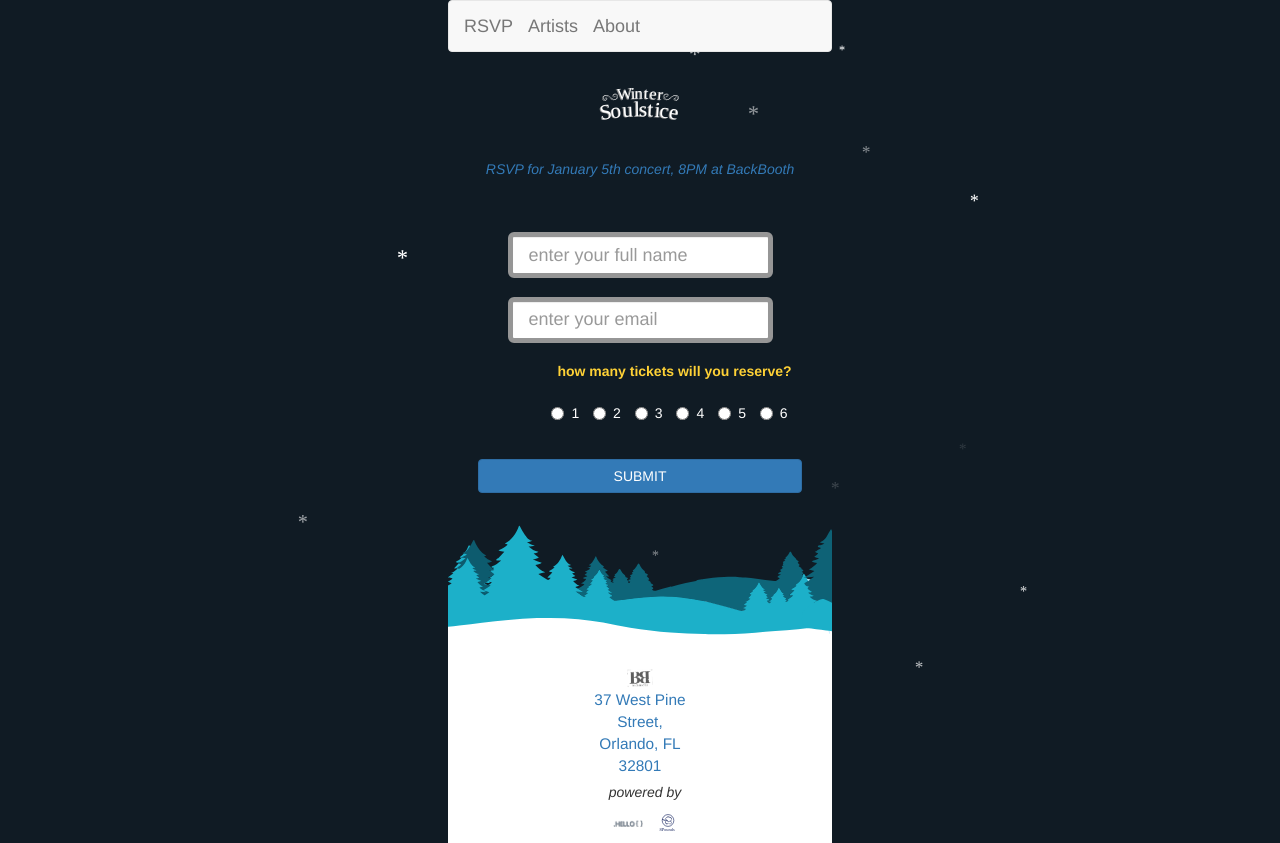
Repository: ptlergo/winter-soulstice
Page: http://localhost/
The author's editor kept a record of every edit. The page is drawn from the files as they stood at one moment, then again after the next edit.
The browser window is 1280 px wide. The pictures show the whole page.
Some web libraries are served in a nearby version. The page is run by PHP 8.4 with error messages shown; the project is at /var/www/html/.

Above is the page before.

### index.php
<!---
	Editor: Patrick Tunga-Lergo
	App Powered by: .Hello{}
	Wintersoulstice
-->

<!DOCTYPE html>
<html lang="en">
	<head>
	  <title>Winter Soulstice Tickets</title>
	  <?php include 'head.php'; ?>
	</head>
	<body>

	  <div id="snowflakeContainer">

			<?php include 'navbar.php'; ?>

			<div class="container-fluid formbox">

   				 <p class="snowflake">*</p>

				<header class="col-xs-8 col-xs-offset-2 col-sm-4 col-sm-offset-4"><img src="../images/w-title.svg" alt="title"></img></header>
				<p class="col-xs-12" style="text-align: center; margin-bottom: 15%; color: #ffffff; font-style: italic;">
					<a href="https://www.facebook.com/events/999514656756811/">RSVP for January 5th concert, 8PM at BackBooth</a>
				</p>

				<form role="form" class="form-horizontal" action="connect.php" enctype="multipart/form-data" method="POST">
						<div class="col-xs-10 col-xs-offset-1 ">
							<input class="form-control input-lg" type="text" name="name" placeholder="enter your full name" required />
						</div>

						<div class="col-xs-10 col-xs-offset-1">
							<input class="form-control input-lg" type="email" name="email" placeholder="enter your email" required/>
						</div>

						<!--<div class="col-xs-10 col-xs-offset-1">-->
						<!--	<input class="form-control input-lg" type="phone" name="phone" placeholder="10 digit phone number"/>-->
						<!--</div>-->

						<div class="col-xs-10 col-xs-offset-1 col-md-12 tickets-select" style="text-align: center">
							<label for="tickets"><p style="color: #fed136" >how many tickets will you reserve?</p></label>

							<div class="clearfix"></div>

							<label class="radio-inline"><input type="radio" name="tickets" value="1" required>1</label>
							<label class="radio-inline"><input type="radio" name="tickets" value="2">2</label>
							<label class="radio-inline"><input type="radio" name="tickets" value="3">3</label>
							<label class="radio-inline"><input type="radio" name="tickets" value="4">4</label>
							<label class="radio-inline"><input type="radio" name="tickets" value="5">5</label>
							<label class="radio-inline"><input type="radio" name="tickets" value="6">6</label>

						</div>

						<div class="col-xs-12 col-sm-12 submit">
							<input id="submit" name="submit" type="submit" value="SUBMIT" class="btn btn-primary col-xs-12" />
						</div>
				</form>
			</div>

			<?php include 'footer.php'; ?>

		</div>
	  </div>
		<script src="/js/fallingsnow_v6.js"></script>
	</body>
</html>

### head.php
	  <meta charset="utf-8"/>
	  <meta name="title" content="Winter Soulstice Concert Exclusive RSVPs"/>
	  <meta name="description" content="App. for limited VIP tickets reservations for Winter Soulstice concert at BackBooth."/>
	  <meta/>
	  <meta/>
	  <meta name="viewport" content="width=device-width, initial-scale=1"/>
	  <link rel="image_src" href="../images/ws-favicon.png" />
	  <link rel="stylesheet" href="https://maxcdn.bootstrapcdn.com/bootstrap/3.3.6/css/bootstrap.min.css"/>
	  <link rel="stylesheet" type="text/css" href="../public/css/main.css"/>
	  <script src="https://ajax.googleapis.com/ajax/libs/jquery/1.11.3/jquery.min.js"></script>
	  <script src="http://maxcdn.bootstrapcdn.com/bootstrap/3.3.5/js/bootstrap.min.js"></script>

### navbar.php
		<nav class="navbar navbar-default">
		  <div class="container-fluid">
		    <div class="navbar-header" >
		      <a class="navbar-brand" href="index.php">RSVP</a>
		      <a class="navbar-brand" href="artistspage.php">Artists</a>
		      <a class="navbar-brand" href="about.php">About</a>
		    </div>
		  </div>
		</nav>

### footer.php
			<div class="footer">
				<div class="col-xs-12 col-sm-6 col-sm-offset-3 f-content">

					<div class="col-xs-10 col-xs-offset-1" style="text-align: center; font-size: 1.1em;">
						<a href="http://backbooth.com/about.php"><img src="images/bbooth.png" alt="bbooth-logo"></img></a>
						<br>
						<a href="https://www.google.com/maps/place/37+W+Pine+St,+Orlando,+FL+32801/@28.5412822,-81.3831335,17z/data=!3m1!4b1!4m2!3m1!1s0x88e77affb29cf695:0x3f4b8030377cb104?hl=en">
							            37 West Pine Street, Orlando, FL 32801</a>
					</div>

					<div class="col-xs-12" style="text-align: center; margin-top: 3%; margin-bottom:0; padding-bottom:0; ">
						<p style="font-style: italic">powered by<p>
						<a href="#"><img src="images/hello-logo.png" alt="hello-logo"></img></a>&nbsp;&nbsp;&nbsp;
						<a href="https://www.instagram.com/eightpounds/"><img src="images/8lb-avatar.svg" alt="hello-logo" width="15%"></img></a>
					</div>
				</div>
			</div>

### public/css/main.css
/*	Editor: Patrick Tunga-Lergo
	A .Hello{} Website
	Wintersoulstice
*/

/*.modal-dialog {*/
/*    width: 400px;*/
/*}*/

.form-horizontal
{
    margin-top: 1%;
}

.input-md, .input-lg
{
    margin-bottom: 7%;
    border: solid 5px #969696;

}

h1, h2{color: #ffffff;}

i
{
    color: #fed136;
}

h4
{
    margin-top: 10%;
    margin-bottom: 10%;
}

.tickets-select
{
    margin-bottom:10%;
    size: 30%;
    color: white;
}

p
{
    padding-left: 10px;
}

body
{
    background: #101b24;

}
img[alt="title"]
{
    width: 100%;
    margin-top:15%;
    margin-bottom:0%;
}

img[alt="bbooth-logo"]
{
    max-width: 25%;
}

img[alt="hello-logo"]
{
    max-width: 25%;
    margin-top:0%;
    padding-top: 0%;
}

img[alt="8lb-logo"]
{
    max-width: 25%;
    width: 10%;
    margin-top:0%;
    padding-top: 0%;
}

header
{
    margin-bottom:10%;
}

.footer
{
    background: url('/images/winter-footer.svg');
    background-size: 100%;
    position:relative;
    height: 350px;
    background-repeat:no-repeat;
}

.f-content
{
    position: absolute;
    bottom:0px;

}

/*SNOW ANIMATION*/
#snowflakeContainer {
    position: absolute;
    left: 0px;
    top: 0px;

}
@media screen and (min-width: 768px) {
  /*DESKTOP CENTERED*/
  #snowflakeContainer {
      position: absolute;
      margin: 0 auto;
      left: 15%;
      top: 0px;
      width: 30%;
      right: 15%;
  }
}
.snowflake {
    padding-left: 15px;
    font-family: Cambria, Georgia, serif;
    font-size: 4px;
    line-height: 24px;
    position: fixed;
    color: #FFFFFF;
    user-select: none;
    z-index: -1000;
}
.snowflake:hover {
    cursor: default;
}

### images/8lb-avatar.svg
<?xml version="1.0" encoding="utf-8"?>
<!-- Generator: Adobe Illustrator 21.0.0, SVG Export Plug-In . SVG Version: 6.00 Build 0)  -->
<svg version="1.1" xmlns="http://www.w3.org/2000/svg" xmlns:xlink="http://www.w3.org/1999/xlink" x="0px" y="0px"
	 viewBox="0 0 192.1 198.9" style="enable-background:new 0 0 192.1 198.9;" xml:space="preserve">
<style type="text/css">
	.st0{enable-background:new    ;}
	.st1{fill:#FFFFFF;}
	.st2{fill:none;stroke:#FFFFFF;stroke-width:6.7432;stroke-miterlimit:10;}
	.st3{fill:#494949;stroke:#FFFFFF;stroke-width:0.5619;stroke-miterlimit:10;}
	.st4{fill:#1C2A63;}
	.st5{fill:none;stroke:#1C2A63;stroke-width:6.7432;stroke-miterlimit:10;}
	.st6{font-family:'Futura-Medium';}
	.st7{font-size:47.9859px;}
</style>
<g id="Layer_1">
	<g>
		<text transform="matrix(1 0 0 1 598.778 -143.1251)" class="st1 st6 st7">8Pounds</text>
		<g>
			<circle class="st2" cx="510.3" cy="-155.3" r="62"/>
			<path class="st3" d="M515.1-143.1c0.1-0.1,0.2-0.2,0.2-0.3c-0.3-1.5-0.8-2.9-1.6-4.3l-0.7-0.5C514-146.7,514.7-145,515.1-143.1z"
				/>
			<g>
				<path class="st1" d="M496.8-154c-10.3,1.5-17.5,11.1-16,21.4c1.5,10.3,11.1,17.5,21.4,16c6-0.9,11-4.5,13.8-9.4
					c2.6,6.9,10.3,11.3,18.6,10.1c9.5-1.4,16.1-9.4,14.9-18c-1.2-8.6-9.9-14.4-19.4-13.1c-5,0.7-9.3,3.4-12,7
					c0.2,0.8,0.2,1.6,0.2,2.5c0.6-1,1.5-1.9,2.3-2.8c1.9-1.7,4.2-2.6,6.6-3.3c2.6-0.7,5.3-0.7,7.9,0.1c0.7,0.2,1.4,0.3,2.1,0.5
					c2.1,1.1,4.1,2.2,5.5,4.1c2.8,3.8,3.3,7.8,1.1,12.1c-0.8,1.5-1.8,2.7-3.2,3.7c-1.7,1.3-3.6,2.3-5.7,2.8
					c-3.3,0.7-6.5,0.8-9.7-0.4c-1.6-0.6-3.2-1.1-4.4-2.2c-0.4-0.4-0.9-0.8-1.2-1.2c-0.2-0.3-0.4-0.6-0.7-0.9
					c-0.9-1.2-1.5-2.4-1.9-3.6c-0.2-0.8-0.4-1.5-0.5-2.3c-0.4,0.8-0.9,1.6-1.5,2.3c-0.5,0.7-1.2,1.3-1.9,1.8
					c-1.9,1.5-3.9,2.7-6.3,3.2c-3.6,0.8-7.2,0.9-10.7-0.6c-1.7-0.7-3.5-1.3-5-2.7c-0.5-0.5-1-0.9-1.4-1.5c-0.2-0.4-0.5-0.8-0.8-1.1
					c-3.2-4.7-3.6-9.7-1.1-14.8c0.7-1.4,1.8-2.5,2.7-3.6c2.1-2,4.6-3.1,7.3-3.8c2.8-0.7,5.5-0.7,8.3,0.1"/>
				<path class="st1" d="M448.2-169.7c0,0,26.4,8.1,27.3,8c0,0,1.7,0.5,3.3-4.3c0,0,13.4-46.1,58.6-23.9c0,0,28.2,15.2,11.1,42.2
					c0,0,7.7-12.5-2.4-26.9c0,0-19-25.2-46.9-11.7c0,0-12.7,6.1-18.8,26.4c0,0-1,2.1,0.5,2.6c0,0,37,9.9,56,10.3
					c0,0-4.4,1.4-20.3-0.8c0,0-45.8-6.1-64-13.6C452.7-161.6,446.3-163.3,448.2-169.7z"/>
				<path class="st1" d="M488.2-161.5c0,0,20.7,16.8,26.5,20.6l1.6-3.6c0,0-21.7-18.5-24.7-23.2L488.2-161.5z"/>
				<path class="st1" d="M517-149.1l0.2,2.8c0,0,29-3.8,31.6-4.1l-4.1-5.5C544.6-155.9,521.5-149.7,517-149.1z"/>
			</g>
			<path class="st3" d="M499.5-131"/>
		</g>
	</g>
	<g>
		<text transform="matrix(1 0 0 1 599.2612 101.5988)" class="st4 st6 st7">8Pounds</text>
		<g>
			<circle class="st5" cx="510.8" cy="89.4" r="62"/>
			<path class="st3" d="M515.6,101.6c0.1-0.1,0.2-0.2,0.2-0.3c-0.3-1.5-0.8-2.9-1.6-4.3l-0.7-0.5C514.5,98,515.2,99.8,515.6,101.6z"
				/>
			<g>
				<path class="st4" d="M497.3,90.7c-10.3,1.5-17.5,11.1-16,21.4c1.5,10.3,11.1,17.5,21.4,16c6-0.9,11-4.5,13.8-9.4
					c2.6,6.9,10.3,11.3,18.6,10.1c9.5-1.4,16.1-9.4,14.9-18c-1.2-8.6-9.9-14.4-19.4-13.1c-5,0.7-9.3,3.4-12,7
					c0.2,0.8,0.2,1.6,0.2,2.5c0.6-1,1.5-1.9,2.3-2.8c1.9-1.7,4.2-2.6,6.6-3.3c2.6-0.7,5.3-0.7,7.9,0.1c0.7,0.2,1.4,0.3,2.1,0.5
					c2.1,1.1,4.1,2.2,5.5,4.1c2.8,3.8,3.3,7.8,1.1,12.1c-0.8,1.5-1.8,2.7-3.2,3.7c-1.7,1.3-3.6,2.3-5.7,2.8
					c-3.3,0.7-6.5,0.8-9.7-0.4c-1.6-0.6-3.2-1.1-4.4-2.2c-0.4-0.4-0.9-0.8-1.2-1.2c-0.2-0.3-0.4-0.6-0.7-0.9
					c-0.9-1.2-1.5-2.4-1.9-3.6c-0.2-0.8-0.4-1.5-0.5-2.3c-0.4,0.8-0.9,1.6-1.5,2.3c-0.5,0.7-1.2,1.3-1.9,1.8
					c-1.9,1.5-3.9,2.7-6.3,3.2c-3.6,0.8-7.2,0.9-10.7-0.6c-1.7-0.7-3.5-1.3-5-2.7c-0.5-0.5-1-0.9-1.4-1.5c-0.2-0.4-0.5-0.8-0.8-1.1
					c-3.2-4.7-3.6-9.7-1.1-14.8c0.7-1.4,1.8-2.5,2.7-3.6c2.1-2,4.6-3.1,7.3-3.8c2.8-0.7,5.5-0.7,8.3,0.1"/>
				<path class="st4" d="M448.7,75c0,0,26.4,8.1,27.3,8c0,0,1.7,0.5,3.3-4.3c0,0,13.4-46.1,58.6-23.9c0,0,28.2,15.2,11.1,42.2
					c0,0,7.7-12.5-2.4-26.9c0,0-19-25.2-46.9-11.7c0,0-12.7,6.1-18.8,26.4c0,0-1,2.1,0.5,2.6c0,0,37,9.9,56,10.3
					c0,0-4.4,1.4-20.3-0.8c0,0-45.8-6.1-64-13.6C453.2,83.2,446.7,81.4,448.7,75z"/>
				<path class="st4" d="M488.7,83.2c0,0,20.7,16.8,26.5,20.6l1.6-3.6c0,0-21.7-18.5-24.7-23.2L488.7,83.2z"/>
				<path class="st4" d="M517.5,95.6l0.2,2.8c0,0,29-3.8,31.6-4.1l-4.1-5.5C545.1,88.9,522,95,517.5,95.6z"/>
			</g>
			<path class="st3" d="M500,113.7"/>
		</g>
	</g>
	<g>
		<text transform="matrix(1 0 0 1 4.2205 179.0522)" class="st4 st6 st7">8Pounds</text>
		<g>
			<circle class="st5" cx="96.3" cy="67.9" r="62"/>
			<path class="st3" d="M101.1,80.1c0.1-0.1,0.2-0.2,0.2-0.3c-0.3-1.5-0.8-2.9-1.6-4.3L99.1,75C100,76.5,100.7,78.3,101.1,80.1z"/>
			<g>
				<path class="st4" d="M82.9,69.2c-10.3,1.5-17.5,11.1-16,21.4c1.5,10.3,11.1,17.5,21.4,16c6-0.9,11-4.5,13.8-9.4
					c2.6,6.9,10.3,11.3,18.6,10.1c9.5-1.4,16.1-9.4,14.9-18c-1.2-8.6-9.9-14.4-19.4-13.1c-5,0.7-9.3,3.4-12,7
					c0.2,0.8,0.2,1.6,0.2,2.5c0.6-1,1.5-1.9,2.3-2.8c1.9-1.7,4.2-2.6,6.6-3.3c2.6-0.7,5.3-0.7,7.9,0.1c0.7,0.2,1.4,0.3,2.1,0.5
					c2.1,1.1,4.1,2.2,5.5,4.1c2.8,3.8,3.3,7.8,1.1,12.1c-0.8,1.5-1.8,2.7-3.2,3.7c-1.7,1.3-3.6,2.3-5.7,2.8
					c-3.3,0.7-6.5,0.8-9.7-0.4c-1.6-0.6-3.2-1.1-4.4-2.2c-0.4-0.4-0.9-0.8-1.2-1.2c-0.2-0.3-0.4-0.6-0.7-0.9
					c-0.9-1.2-1.5-2.4-1.9-3.6c-0.2-0.8-0.4-1.5-0.5-2.3c-0.4,0.8-0.9,1.6-1.5,2.3c-0.5,0.7-1.2,1.3-1.9,1.8
					c-1.9,1.5-3.9,2.7-6.3,3.2c-3.6,0.8-7.2,0.9-10.7-0.6c-1.7-0.7-3.5-1.3-5-2.7c-0.5-0.5-1-0.9-1.4-1.5c-0.2-0.4-0.5-0.8-0.8-1.1
					c-3.2-4.7-3.6-9.7-1.1-14.8c0.7-1.4,1.8-2.5,2.7-3.6c2.1-2,4.6-3.1,7.3-3.8c2.8-0.7,5.5-0.7,8.3,0.1"/>
				<path class="st4" d="M34.2,53.5c0,0,26.4,8.1,27.3,8c0,0,1.7,0.5,3.3-4.3c0,0,13.4-46.1,58.6-23.9c0,0,28.2,15.2,11.1,42.2
					c0,0,7.7-12.5-2.4-26.9c0,0-19-25.2-46.9-11.7c0,0-12.7,6.1-18.8,26.4c0,0-1,2.1,0.5,2.6c0,0,37,9.9,56,10.3
					c0,0-4.4,1.4-20.3-0.8c0,0-45.8-6.1-64-13.6C38.7,61.7,32.3,59.9,34.2,53.5z"/>
				<path class="st4" d="M74.2,61.7c0,0,20.7,16.8,26.5,20.6l1.6-3.6c0,0-21.7-18.5-24.7-23.2L74.2,61.7z"/>
				<path class="st4" d="M103,74.1l0.2,2.8c0,0,29-3.8,31.6-4.1l-4.1-5.5C130.7,67.4,107.5,73.5,103,74.1z"/>
			</g>
			<path class="st3" d="M85.6,92.2"/>
		</g>
	</g>
	<g>
		<text transform="matrix(1 0 0 1 4.2207 -86.9571)" class="st1 st6 st7">8Pounds</text>
		<g>
			<circle class="st2" cx="96.3" cy="-198.1" r="62"/>
			<path class="st3" d="M101.1-185.9c0.1-0.1,0.2-0.2,0.2-0.3c-0.3-1.5-0.8-2.9-1.6-4.3l-0.7-0.5C100-189.5,100.7-187.7,101.1-185.9
				z"/>
			<g>
				<path class="st1" d="M82.9-196.8c-10.3,1.5-17.5,11.1-16,21.4c1.5,10.3,11.1,17.5,21.4,16c6-0.9,11-4.5,13.8-9.4
					c2.6,6.9,10.3,11.3,18.6,10.1c9.5-1.4,16.1-9.4,14.9-18c-1.2-8.6-9.9-14.4-19.4-13.1c-5,0.7-9.3,3.4-12,7
					c0.2,0.8,0.2,1.6,0.2,2.5c0.6-1,1.5-1.9,2.3-2.8c1.9-1.7,4.2-2.6,6.6-3.3c2.6-0.7,5.3-0.7,7.9,0.1c0.7,0.2,1.4,0.3,2.1,0.5
					c2.1,1.1,4.1,2.2,5.5,4.1c2.8,3.8,3.3,7.8,1.1,12.1c-0.8,1.5-1.8,2.7-3.2,3.7c-1.7,1.3-3.6,2.3-5.7,2.8
					c-3.3,0.7-6.5,0.8-9.7-0.4c-1.6-0.6-3.2-1.1-4.4-2.2c-0.4-0.4-0.9-0.8-1.2-1.2c-0.2-0.3-0.4-0.6-0.7-0.9
					c-0.9-1.2-1.5-2.4-1.9-3.6c-0.2-0.8-0.4-1.5-0.5-2.3c-0.4,0.8-0.9,1.6-1.5,2.3c-0.5,0.7-1.2,1.3-1.9,1.8
					c-1.9,1.5-3.9,2.7-6.3,3.2c-3.6,0.8-7.2,0.9-10.7-0.6c-1.7-0.7-3.5-1.3-5-2.7c-0.5-0.5-1-0.9-1.4-1.5c-0.2-0.4-0.5-0.8-0.8-1.1
					c-3.2-4.7-3.6-9.7-1.1-14.8c0.7-1.4,1.8-2.5,2.7-3.6c2.1-2,4.6-3.1,7.3-3.8c2.8-0.7,5.5-0.7,8.3,0.1"/>
				<path class="st1" d="M34.2-212.5c0,0,26.4,8.1,27.3,8c0,0,1.7,0.5,3.3-4.3c0,0,13.4-46.1,58.6-23.9c0,0,28.2,15.2,11.1,42.2
					c0,0,7.7-12.5-2.4-26.9c0,0-19-25.2-46.9-11.7c0,0-12.7,6.1-18.8,26.4c0,0-1,2.1,0.5,2.6c0,0,37,9.9,56,10.3
					c0,0-4.4,1.4-20.3-0.8c0,0-45.8-6.1-64-13.6C38.7-204.3,32.3-206.1,34.2-212.5z"/>
				<path class="st1" d="M74.2-204.3c0,0,20.7,16.8,26.5,20.6l1.6-3.6c0,0-21.7-18.5-24.7-23.2L74.2-204.3z"/>
				<path class="st1" d="M103-191.9l0.2,2.8c0,0,29-3.8,31.6-4.1l-4.1-5.5C130.7-198.6,107.5-192.5,103-191.9z"/>
			</g>
			<path class="st3" d="M85.6-173.8"/>
		</g>
	</g>
</g>
<g id="Layer_2">
</g>
</svg>

### js/fallingsnow_v6.js
// The star of every good animation
var requestAnimationFrame = window.requestAnimationFrame ||
                            window.mozRequestAnimationFrame ||
                            window.webkitRequestAnimationFrame ||
                            window.msRequestAnimationFrame;

var transforms = ["transform",
                  "msTransform",
                  "webkitTransform",
                  "mozTransform",
                  "oTransform"];

var transformProperty = getSupportedPropertyName(transforms);

// Array to store our Snowflake objects
var snowflakes = [];

// Global variables to store our browser's window size
var browserWidth;
var browserHeight;

// Specify the number of snowflakes you want visible
var numberOfSnowflakes = 20;

// Flag to reset the position of the snowflakes
var resetPosition = false;

//
// It all starts here...
//
function setup() {
	window.addEventListener("DOMContentLoaded", generateSnowflakes, false);
	window.addEventListener("resize", setResetFlag, false);
}
setup();

//
// Vendor prefix management
//
function getSupportedPropertyName(properties) {
    for (var i = 0; i < properties.length; i++) {
        if (typeof document.body.style[properties[i]] != "undefined") {
            return properties[i];
        }
    }
    return null;
}

//
// Constructor for our Snowflake object
//
function Snowflake(element, radius, speed, xPos, yPos) {

	// set initial snowflake properties
    this.element = element;
    this.radius = radius;
    this.speed = speed;
    this.xPos = xPos;
    this.yPos = yPos;

	// declare variables used for snowflake's motion
    this.counter = 0;
    this.sign = Math.random() < 0.5 ? 1 : -1;

	// setting an initial opacity and size for our snowflake
    this.element.style.opacity = .1 + Math.random();
    this.element.style.fontSize = 12 + Math.random() * 12 + "px";
}

//
// The function responsible for actually moving our snowflake
//
Snowflake.prototype.update = function () {

	// using some trigonometry to determine our x and y position
    this.counter += this.speed / 15000;
    this.xPos += this.sign * this.speed * Math.cos(this.counter) / 40;
    this.yPos += Math.sin(this.counter) / 40 + this.speed / 30;

	// setting our snowflake's position
    setTranslate3DTransform(this.element, Math.round(this.xPos), Math.round(this.yPos));

    // if snowflake goes below the browser window, move it back to the top
    if (this.yPos > browserHeight) {
    	this.yPos = -50;
    }
}

//
// A performant way to set your snowflake's position
//
function setTranslate3DTransform(element, xPosition, yPosition) {
	var val = "translate3d(" + xPosition + "px, " + yPosition + "px" + ", 0)";
    element.style[transformProperty] = val;
}

//
// The function responsible for creating the snowflake
//
function generateSnowflakes() {

	// get our snowflake element from the DOM and store it
    var originalSnowflake = document.querySelector(".snowflake");

    // access our snowflake element's parent container
    var snowflakeContainer = originalSnowflake.parentNode;

    // get our browser's size
	browserWidth = document.documentElement.clientWidth;
    browserHeight = document.documentElement.clientHeight;

    // create each individual snowflake
    for (var i = 0; i < numberOfSnowflakes; i++) {

    	// clone our original snowflake and add it to snowflakeContainer
        var snowflakeCopy = originalSnowflake.cloneNode(true);
        snowflakeContainer.appendChild(snowflakeCopy);

		// set our snowflake's initial position and related properties
        var initialXPos = getPosition(50, browserWidth);
        var initialYPos = getPosition(50, browserHeight);
        var speed = 5+Math.random()*40;
        var radius = 4+Math.random()*10;

        // create our Snowflake object
        var snowflakeObject = new Snowflake(snowflakeCopy,
        									radius,
        									speed,
        									initialXPos,
        									initialYPos);
        snowflakes.push(snowflakeObject);
    }

    // remove the original snowflake because we no longer need it visible
	snowflakeContainer.removeChild(originalSnowflake);

	// call the moveSnowflakes function every 30 milliseconds
    moveSnowflakes();
}

//
// Responsible for moving each snowflake by calling its update function
//
function moveSnowflakes() {
    for (var i = 0; i < snowflakes.length; i++) {
        var snowflake = snowflakes[i];
        snowflake.update();
    }

	// Reset the position of all the snowflakes to a new value
    if (resetPosition) {
    	browserWidth = document.documentElement.clientWidth;
	    browserHeight = document.documentElement.clientHeight;

		for (var i = 0; i < snowflakes.length; i++) {
	        var snowflake = snowflakes[i];

	        snowflake.xPos = getPosition(50, browserWidth);
	        snowflake.yPos = getPosition(50, browserHeight);
	    }

	    resetPosition = false;
    }

    requestAnimationFrame(moveSnowflakes);
}

//
// This function returns a number between (maximum - offset) and (maximum + offset)
//
function getPosition(offset, size) {
	return Math.round(-1*offset + Math.random() * (size+2*offset));
}

//
// Trigger a reset of all the snowflakes' positions
//
function setResetFlag(e) {
	resetPosition = true;
}

Loaded but not shown: images/winter-footer.svg (4957 lines, source omitted); images/w-title.svg (77 lines, source omitted)

After the next edit:
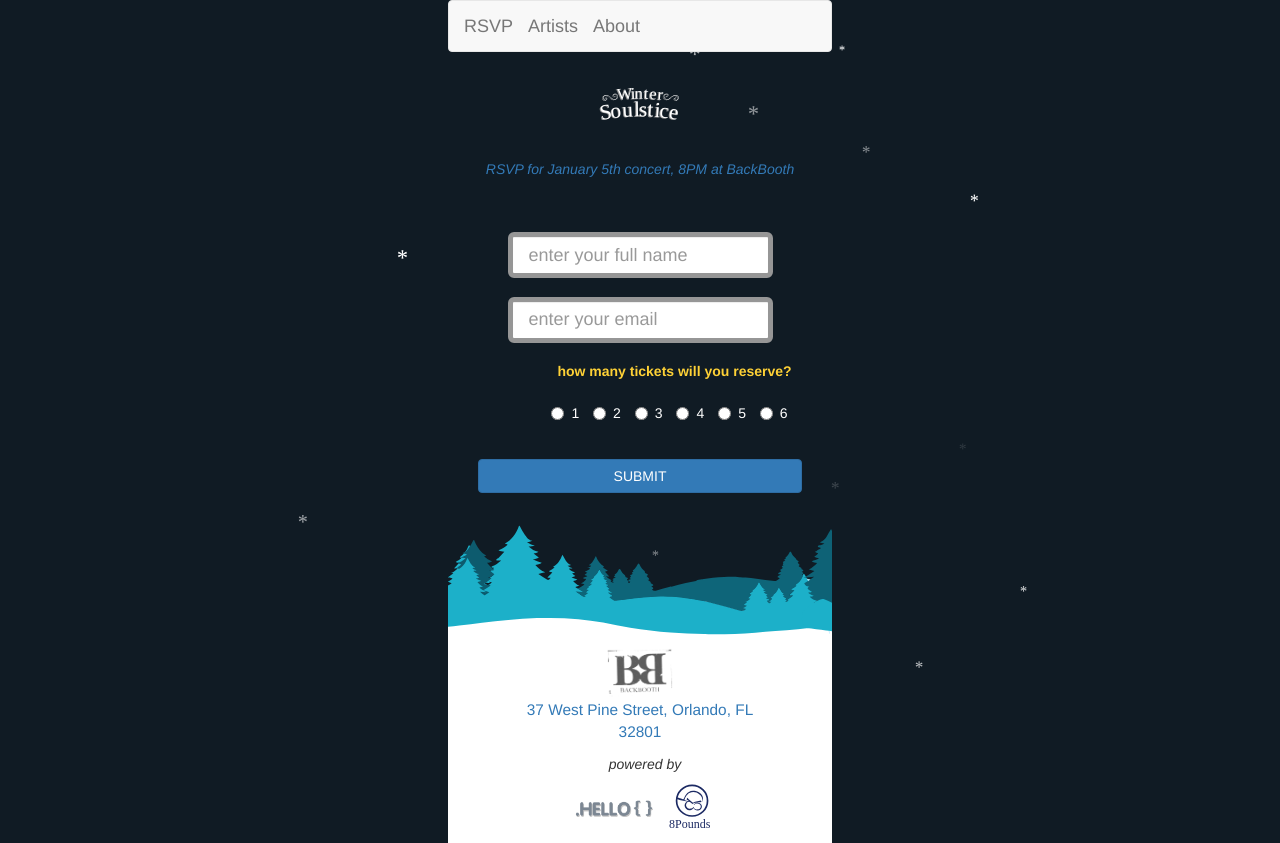
The edit:
--- a/footer.php
+++ b/footer.php
@@ -1,5 +1,5 @@
 			<div class="footer">
-				<div class="col-xs-12 col-sm-6 col-sm-offset-3 f-content">
+				<div class="col-xs-12 col-md-12 f-content">
 
 					<div class="col-xs-10 col-xs-offset-1" style="text-align: center; font-size: 1.1em;">
 						<a href="http://backbooth.com/about.php"><img src="images/bbooth.png" alt="bbooth-logo"></img></a>
